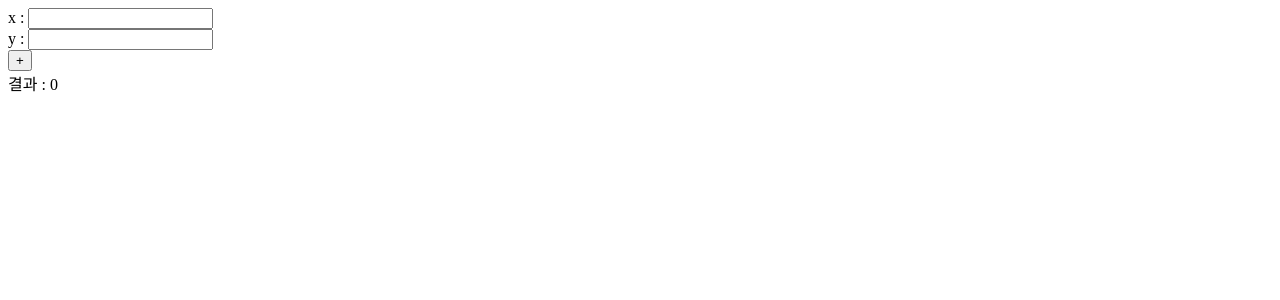
Repository: bitcamp-pool/newlecwork
Page: JSPprj/src/main/webapp/add2.html
The author's editor kept a copy of each file at every save. The page is drawn from the files as they stood at one save, then again after the next save.
The browser window is 1280 px wide. The pictures show the whole page.

Above is the page before, as saved 2022-04-17 11:39:06.

After the next save:
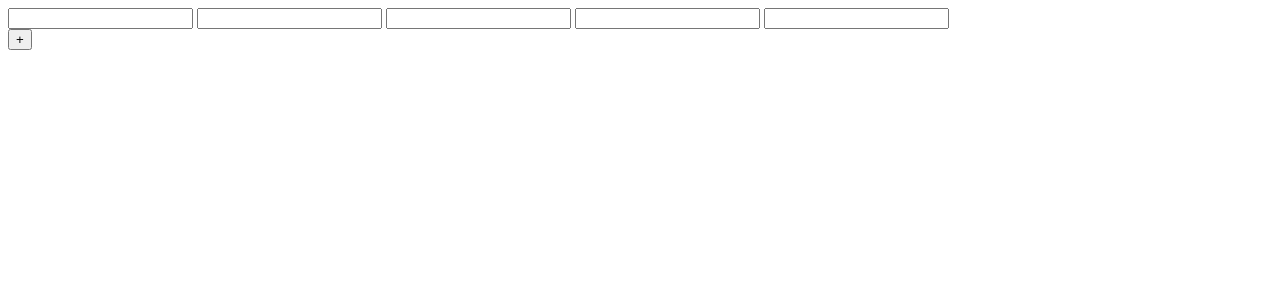
Saved 4 min 18 s later.
--- a/JSPprj/src/main/webapp/add2.html
+++ b/JSPprj/src/main/webapp/add2.html
@@ -7,19 +7,15 @@
 <body>
 	<form action="add2" method="post">
 		<div>
-			<label>x : </label>
-			<input type="text" name="x">
-		</div>
-		<div>
-			<label>y : </label>
-			<input type="text" name="y">
+			<input type="text" name="num">
+			<input type="text" name="num">
+			<input type="text" name="num">
+			<input type="text" name="num">
+			<input type="text" name="num">
 		</div>
 		<div>
 			<input type="submit" value="+">
 		</div>
-		<div>
-			결과 : 0
-		</div>
 	</form>
 </body>
 </html>
